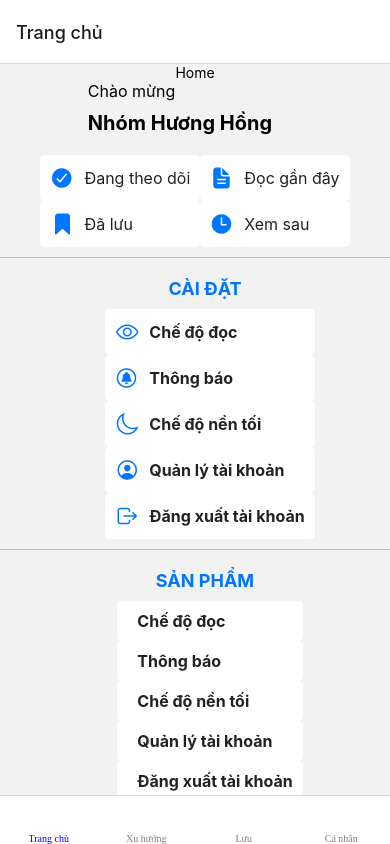
Repository: Quynhhuong150322/New_Daily
Screen: /BottomTab
The author's editor kept a copy of each file at every save. The screen is drawn from the files as they stood at one save, then again after the next save.
An inner scrolling area shows only its first screen. The app was drawn by React Native's web renderer in a window 390 px wide. The project was rebuilt for these pictures with package versions that can differ from the ones it lists, and the page was loaded fresh each time. Also part of the build but not shown: firebase.js, screens/Login.js, screens/Signup.js, screens/Trending.js, screens/Save.js, screens/Profile.js, screens/Setting.js, screens/Dark_Mode.js and 1 more.

Above is the screen before, as saved 2023-12-20 03:08:20.

After the next save:
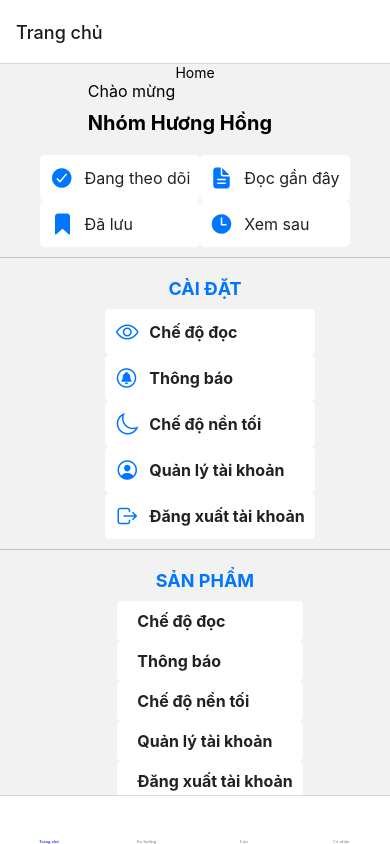
Saved 8 s later.
--- a/screens/BottomTab.js
+++ b/screens/BottomTab.js
@@ -32,7 +32,7 @@
             activeTintColor: "blue",
             inactiveTintColor: "gray",
             labelStyle: {
-                fontSize: 10,
+                fontSize: 5,
                 fontFamily: 'OpenSans-Regular',
             },
         }}
